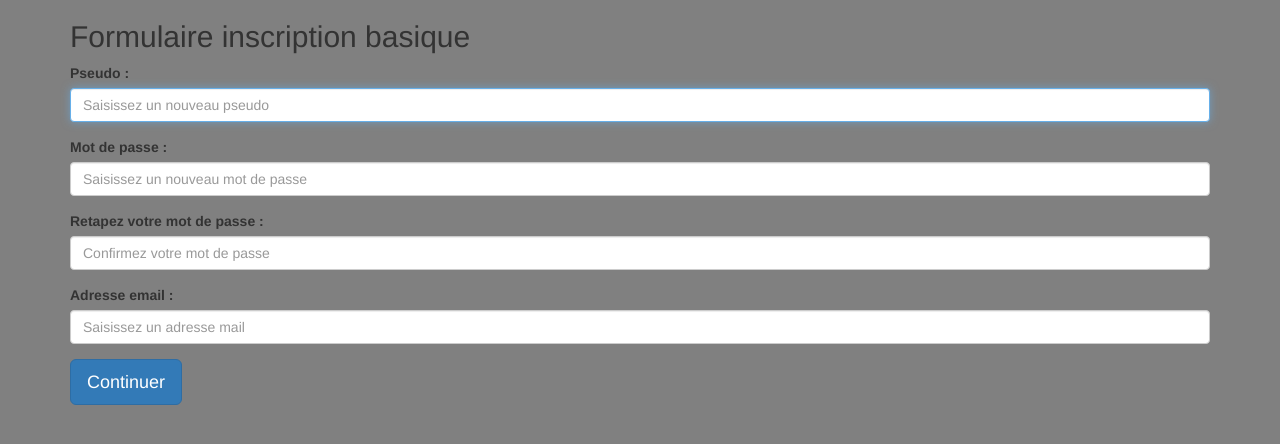
Repository: lemzoo/formation_Java8
Page: EspaceMembre/srcHTML/formulaireInscriptionBasique.html
The author's editor kept a copy of each file at every save. The page is drawn from the files as they stood at one save, then again after the next save.
The browser window is 1280 px wide. The pictures show the whole page.

Above is the page before, as saved 2016-06-10 10:47:20.

After the next save:
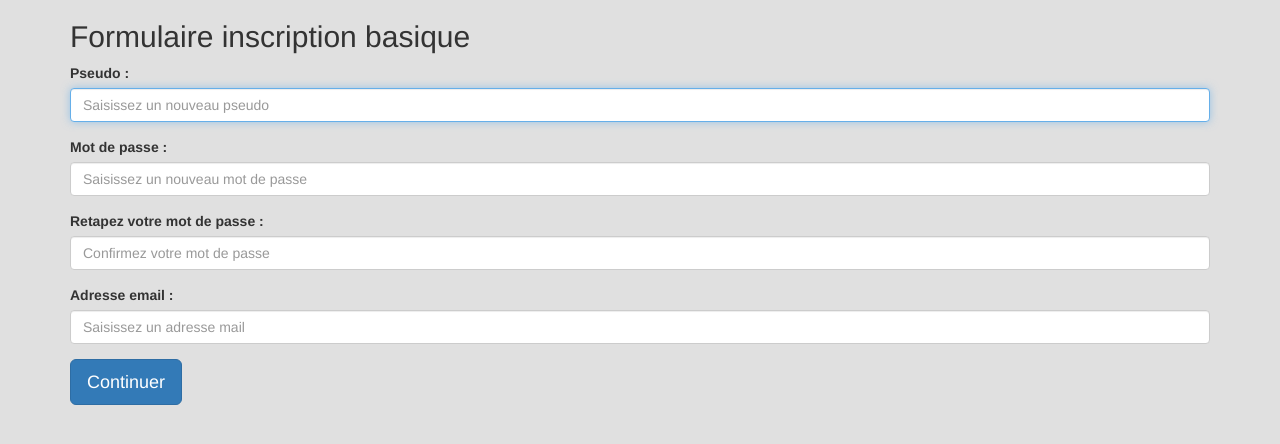
Saved 31 s later.
--- a/EspaceMembre/srcHTML/formulaireInscriptionBasique.html
+++ b/EspaceMembre/srcHTML/formulaireInscriptionBasique.html
@@ -10,7 +10,7 @@
 
   <style type="text/css">
   	body{
-  		background:gray;
+  		background:rgba(221,221,221,0.9);
   	}
   </style>
 </head>
